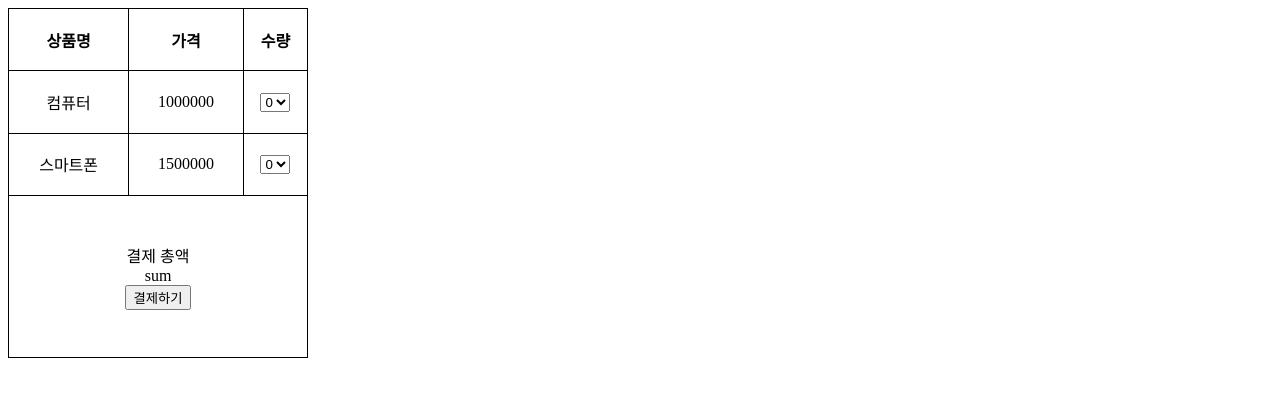
Repository: to-flatwhite1/JSP
Page: http://localhost/JSP08/
These files come from the project's save history. The page is drawn as it stood at one moment and after the next save; the edit follows.
The browser window is 1280 px wide. The pictures show the whole page.
The page is served by Tomcat 9.

Above is the page before, as saved 2024-05-16 05:56:05.

### JSP08/src/main/webapp/index.jsp
<%@ page language="java" contentType="text/html; charset=utf-8"
    pageEncoding="utf-8"%>
<!DOCTYPE html>
<html>
	<head>
		<meta charset="utf-8">
		<title>데이터 전송 실습</title>
	</head>
	<style>
		table{
			width:300px;
			height:350px;
			text-align:center;
			border-collapse : collapse;

		}
		tr,th,td{
			border:solid 1px black;




		}
	</style>
	<body>
		<table>
			<tr>
				<th>상품명</th>
				<th>가격</th>
				<th>수량</th>
			</tr>
			<tr>
				<td>컴퓨터</td>
				<td>1000000</td>
				<td>
					<form>
					<select>
						<option>0</option>
						<option>1</option>
						<option>2</option>
						<option>3</option>
					</select>
					</form>
				</td>
			</tr>
			<tr>
				<td>스마트폰</td>
				<td>1500000</td>
				<td><form><select>
						<option>0</option>
						<option>1</option>
						<option>2</option>
						<option>3</option>
					</select></form>
				</td>
			</tr>
			<tr>
				<td colspan="3" rowspan="3">결제 총액<br>sum
				<form>
				<input type="submit" value="결제하기">
				</form>
				</td>
			</tr>
		</table>
		<script>

		</script>
	</body>
</html>

After the next save:
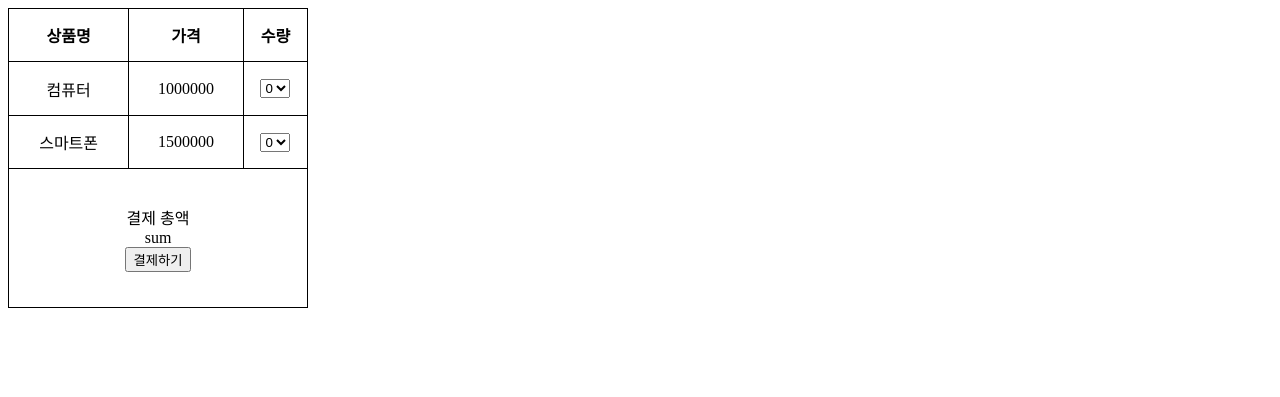
Saved 5 s later.
--- a/JSP08/src/main/webapp/index.jsp
+++ b/JSP08/src/main/webapp/index.jsp
@@ -9,7 +9,7 @@
 	<style>
 		table{
 			width:300px;
-			height:350px;
+			height:300px;
 			text-align:center;
 			border-collapse : collapse;
 
